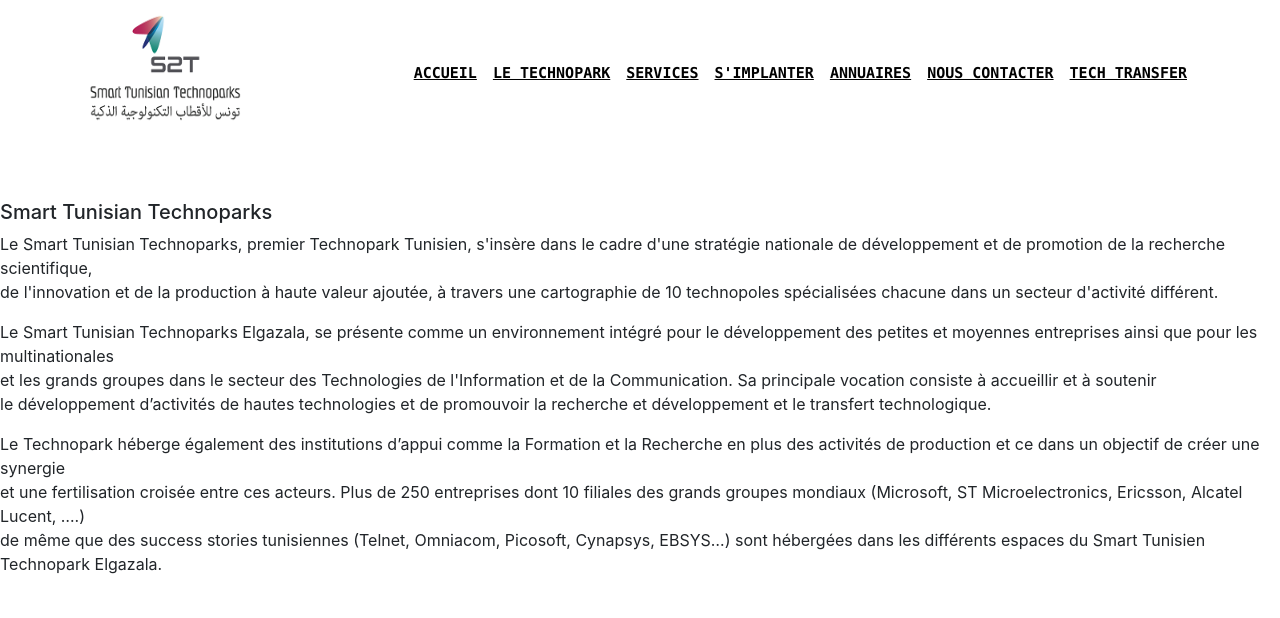
Repository: Zakraouihadil1/stage-perfectionnement-
Page: presentation.html
The author's editor kept a copy of each file at every save. The page is drawn from the files as they stood at one save, then again after the next save.
The browser window is 1280 px wide. The pictures show the whole page.

Above is the page before, as saved 2021-08-17 19:21:33.

### presentation.html
<html>
    <head>
        <title></title>
        <meta charset="utf-8">
        <link rel="stylesheet" href="https://maxcdn.bootstrapcdn.com/bootstrap/4.5.2/css/bootstrap.min.css">
    <script src="https://ajax.googleapis.com/ajax/libs/jquery/3.5.1/jquery.min.js"></script>
    <script src="https://cdnjs.cloudflare.com/ajax/libs/popper.js/1.16.0/umd/popper.min.js"></script>
    <script src="https://maxcdn.bootstrapcdn.com/bootstrap/4.5.2/js/bootstrap.min.js"></script>
    </head>
    <style>



  #mainNav{
    background-color: white;
  }
  li a {
    color: black ;
    font-family: "Lucida Console", "Courier New";
    font-size: 15px ;
    text-align: left ;
    float: right;
    margin-top: 10px;
    text-decoration: underline;
    font-weight: bolder;

      }

li a:hover {
    color: blue;

  }




  .dropdown-content {
  display: none;
  position: absolute;
  background-color: #f9f9f9;
  min-width: 160px;
  box-shadow: 0px 8px 16px 0px rgba(0,0,0,0.2);
  z-index: 1;
}

.dropdown-content a {
  float: none;
  color: black;
  padding: 12px 16px;
  text-decoration: none;
  display: block;
  text-align: left;
}

.dropdown-content a:hover {
  background-color: #ddd;
}

.dropdown:hover .dropdown-content {
  display: block;
}
    </style>

    <body id="page-top">
         <!-- Navigation-->
  <nav class="navbar navbar-expand-lg  fixed-top" id="mainNav">
    <div class="container">
        <a class="navbar-brand " href="#page-top">
            <img src="images/Logo-S2T png.png" width="160px" height="110px">
        </a>
        <button class="navbar-toggler navbar-toggler-right" type="button" data-toggle="collapse" data-target="#navbarResponsive" aria-controls="navbarResponsive" aria-expanded="false" aria-label="Toggle navigation">
            Menu
            <i class="fas fa-bars ml-1"></i>
        </button>



        <div class="collapse navbar-collapse" id="navbarResponsive">
            <ul class="navbar-nav text-uppercase ml-auto">
              <li class="nav-item"><a class="nav-link js-scroll-trigger" href="./index.html">Accueil</a></li>
              <div class="dropdown">
                <li class="nav-item"><a class="nav-link js-scroll-trigger" href="#about">Le technopark</a></li>
<br>
<br>
                <div class="dropdown-content">
                  <a href="presentation.html">Présentation</a>
                  <a href="#">Actualités</a>
                  <a href="#">Link 3</a>
                </div>
              </div>
                 <li class="nav-item"><a class="nav-link js-scroll-trigger" href="#services">Services</a></li>
                 <li class="nav-item"><a class="nav-link js-scroll-trigger" href="#team">S'implanter</a></li>
                 <li class="nav-item"><a class="nav-link js-scroll-trigger" href="#team">Annuaires</a></li>
                 <li class="nav-item"><a class="nav-link js-scroll-trigger" href="#contact">Nous Contacter</a></li>
                 <li class="nav-item"><a class="nav-link js-scroll-trigger" href="#contact">Tech Transfer</a></li>

            </ul>
        </div>
    </div>
</nav>

<div style="margin-top: 200px;">
    <h5>Smart Tunisian Technoparks</h5>
    <div>
    <p>Le Smart Tunisian Technoparks, premier Technopark Tunisien, s'insère dans le cadre d'une stratégie nationale de développement et de promotion de la recherche scientifique, <br>
     de l'innovation et de la production à haute valeur ajoutée, à travers une cartographie de 10 technopoles spécialisées chacune dans un secteur d'activité différent.</p>

      <p>Le Smart Tunisian Technoparks Elgazala, se présente comme un environnement intégré pour le développement des petites et moyennes entreprises ainsi que pour les multinationales <br>
         et les grands groupes dans le secteur des Technologies de l'Information et de la Communication. Sa principale vocation consiste à accueillir et à soutenir  <br>
         le développement d’activités de hautes technologies et de promouvoir la recherche et développement et le transfert technologique.</p>

      <p> Le Technopark héberge également des institutions d’appui comme la Formation et la Recherche en plus des activités de production et ce dans un objectif de créer une synergie <br>
          et une fertilisation croisée entre ces acteurs. Plus de 250 entreprises dont 10 filiales des grands groupes mondiaux (Microsoft, ST Microelectronics, Ericsson, Alcatel Lucent, ….) <br>
          de même que des success stories tunisiennes (Telnet, Omniacom, Picosoft, Cynapsys, EBSYS…) sont hébergées dans les différents espaces du Smart Tunisien Technopark Elgazala.</p>
</div>
</div>





    </body>
</html>

After the next save:
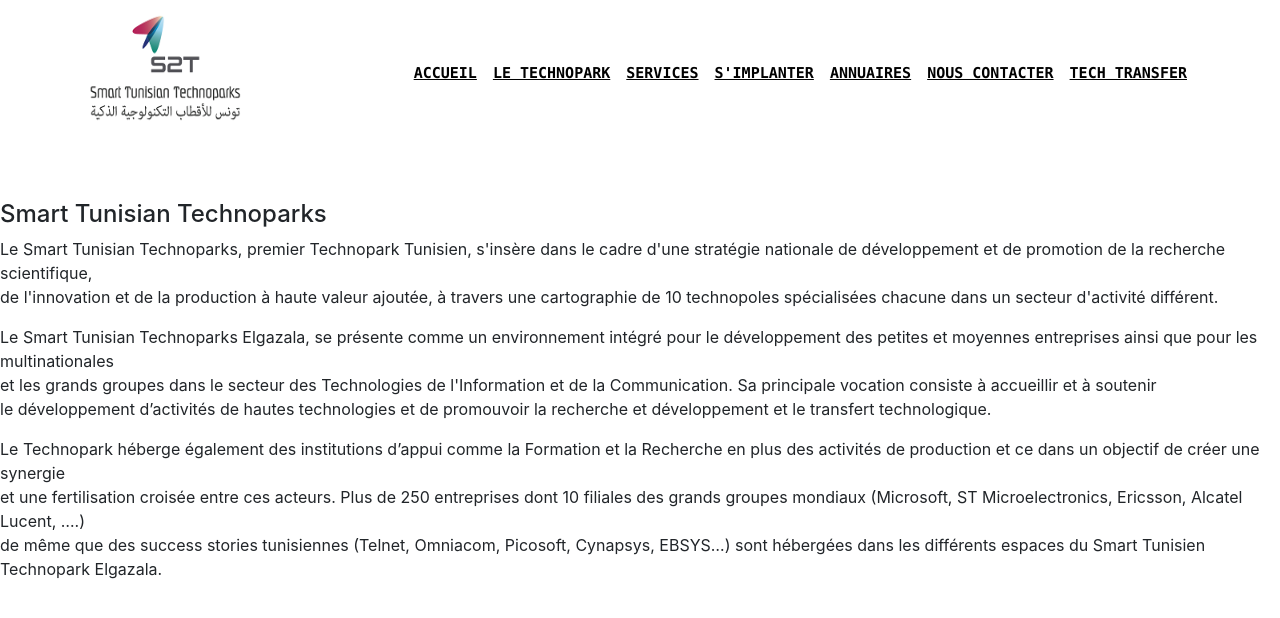
Saved 16 min 31 s later.
--- a/presentation.html
+++ b/presentation.html
@@ -100,7 +100,7 @@
 </nav>
 
 <div style="margin-top: 200px;">
-    <h5>Smart Tunisian Technoparks</h5>
+    <h4>Smart Tunisian Technoparks</h4>
     <div>
     <p>Le Smart Tunisian Technoparks, premier Technopark Tunisien, s'insère dans le cadre d'une stratégie nationale de développement et de promotion de la recherche scientifique, <br>
      de l'innovation et de la production à haute valeur ajoutée, à travers une cartographie de 10 technopoles spécialisées chacune dans un secteur d'activité différent.</p>
